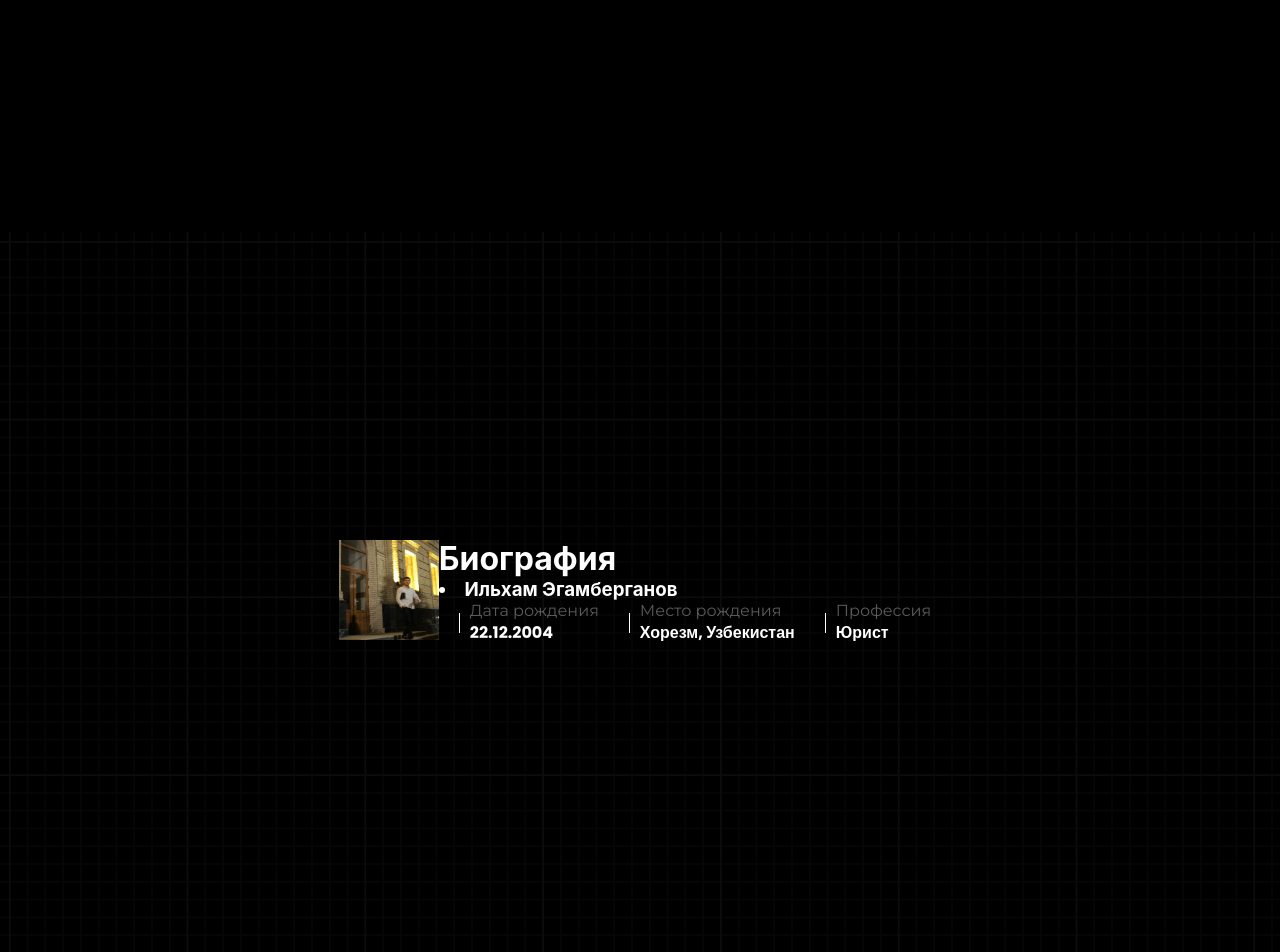
Repository: sardorexe/xishnik
Page: /
These files come from the project's save history. The page is drawn as it stood at one moment and after a run of saves; the edit follows.
The browser window is 1280 px wide. The pictures show the part of the page from y = 488 to 1440 px (the page is 1440 px tall).
Pictures or frames that could not be fetched are drawn as grey boxes. Some icons come from a web library that is not loaded, so they are not drawn. Some web libraries are served in a nearby version. The project was rebuilt for these pictures with package versions that can differ from the ones it lists, and the page was loaded fresh each time. Some packages were replaced by stand-ins written for this rebuild. The framework's server and built-in components were replaced by stand-ins that run in the browser. Also part of the build but not shown: next.config.js.

Above is the page before, as saved 2021-09-27 15:38:14.

### pages/_app.js
import "../styles/globals.css";
import Layout from "../comps/layout";
import Head from "next/head";

function MyApp({ Component, pageProps }) {
  return (
    <>
      <Head>
        <link
          rel="stylesheet"
          href="https://pro.fontawesome.com/releases/v5.10.0/css/all.css"
          integrity="sha384-AYmEC3Yw5cVb3ZcuHtOA93w35dYTsvhLPVnYs9eStHfGJvOvKxVfELGroGkvsg+p"
          crossorigin="anonymous"
        />
      </Head>
      <Layout>
        <Component {...pageProps} />
      </Layout>
    </>
  );
}

export default MyApp;

### pages/_document.js
import Document, { Html, Head, Main, NextScript } from "next/document";

class MyDocument extends Document {
  static async getInitialProps(ctx) {
    const initialProps = await Document.getInitialProps(ctx);
    return { ...initialProps };
  }

  render() {
    return (
      <Html lang="en">
        <Head />
        <body>
          <Main />
          <NextScript />
        </body>
      </Html>
    );
  }
}

export default MyDocument

### pages/index.js
import Head from "next/head";
import Biography from "../comps/Biography";
import Header from "../comps/Header";

export default function Home() {
  return (
    <>
      <Head>
        <title>Xishnik</title>
        <meta name="description" content="Xishnik gang bang" />
        <link rel="preconnect" href="https://fonts.googleapis.com" />
        <link rel="preconnect" href="https://fonts.gstatic.com" crossOrigin />
        <link
          href="https://fonts.googleapis.com/css2?family=Montserrat:wght@100;300;400;700&family=Poppins:wght@300;400;500;700&family=Quicksand:wght@700&display=swap"
          rel="stylesheet"
        />
      </Head>
      <Header />
      <Biography />
    </>
  );
}

### styles/globals.css
::-webkit-scrollbar {
  display: none;
}

html,
body {
  padding: 0;
  margin: 0;
  font-family: -apple-system, BlinkMacSystemFont, Segoe UI, Roboto, Oxygen,
    Ubuntu, Cantarell, Fira Sans, Droid Sans, Helvetica Neue, sans-serif;
  box-sizing: border-box;
}

h1,
h2,
h3,
h4,
h5,
h6,
p {
  margin: 0;
  padding: 0;
}

a {
  color: inherit;
  text-decoration: none;
}

* {
  box-sizing: border-box;
}

### comps/layout.js
import Indicator from "./Indicator";

export default function Layout({ children }) {
  return (
    <>
      <Indicator />
      {children}
    </>
  );
}

### comps/Biography.js
import styles from "../styles/Biography.module.css";
import Image from "next/image";
import AboutBox from "./miniComp/AboutBox";

export default function Biography() {
  return (
    <main className={styles.container}>
      <div className={styles.img}>
        <Image
          alt="xishnik, ilhom, xiwnik, hishnik, hiwnik, litsey, yurist, xorazm, gurlan"
          src="/biography.jpg"
          width={100}
          height={100}
        />
      </div>
      <div className={styles.content}>
        <h1 className={styles.contentTitle}>Биография</h1>
        <h3>
          <li>Ильхaм Эгамберганов</li>
        </h3>
        <div className={styles.about}>
          <AboutBox
            icon="fal fa-calendar"
            title="Дата рождения"
            content="22.12.2004"
          />
          <AboutBox
            icon="fas fa-map-marker-alt"
            title="Место рождения"
            content="Хорезм, Узбекистан"
          />
          <AboutBox
            icon="fas fa-briefcase"
            title="Профессия"
            content="Юрист"
          />
        </div>
      </div>
    </main>
  );
}

### comps/Header.js
import styles from "../styles/Home.module.css";

export default function Header() {
  return (
    <>
      <header className={styles.header}>
        <div className={styles.background}>
          <video
            loop
            muted
            autoPlay
            style={{
              objectFit: "cover",
              height: "100%",
              width: "40%",
              opacity: "0.6",
            }}
            src="/background.mp4"
          ></video>
        </div>
        <div className={styles.content}>
          <div className={styles.textContent}>
            <h1>XISHNIK GANG</h1>
            <li> -- Я получу всё что хочу</li>
          </div>
        </div>
      </header>
    </>
  );
}

### comps/Indicator.js
import { useState, useEffect } from "react";

export default function Indicator() {
  const [width, setWidth] = useState(0);
  const watchScrolling = () => {
    let winScroll =
      document.body.scrollTop || document.documentElement.scrollTop;
    let height =
      document.documentElement.scrollHeight -
      document.documentElement.clientHeight;
    let scrolled = (winScroll / height) * 100;
    setWidth(scrolled);
  };

  useEffect(() => {
    window.onscroll = function () {
      watchScrolling();
    };
  }, [width]);

  return (
    <>
      <div className="indicator"></div>
      <style jsx>{`
        .indicator {
          position: fixed;
          top: 0;
          left: 0;
          width: ${width}%;
          height: 4px;
          background: #fff;
          z-index: 99999999;
        }
      `}</style>
    </>
  );
}

### styles/Biography.module.css
.container {
    height: 100vh;
    background: url(/background.jpg);
    background-size: cover;
    background-repeat: no-repeat;
    display: flex;
    flex-direction: row;
    justify-content: center;
    align-items: center;
    color: #fff;
}

.about {
    display: flex;
    flex-direction: row;
    align-items: center;
    justify-content: space-between;
}

### comps/miniComp/AboutBox.js
export default function AboutBox({ icon, title, content }) {
  return (
    <>
      <div className="aboutBox">
        <div className="icon">
          <i className={icon}></i>
        </div>
        <div className="text">
          <p className="title">{title}</p>
          <p className="content">{content}</p>
        </div>
      </div>
      <style jsx>{`
        .aboutBox {
          display: flex;
          flex-direction: row;
          align-items: center;
          justify-content: center;
          margin-right: 10px;
        }

        .icon {
          display: flex;
          align-items: center;
          justify-content: center;
          margin-right: 10px;
          padding: 10px;
          border-right: 1px solid #fff;
        }

        .title {
          font-family: "Montserrat", sans-serif;
          color: #5a5a5a;
        }

        .content {
          font-family: "Poppins", sans-serif;
          font-weight: bold;
        }

        .icon i {
          color: #fff;
        }
      `}</style>
    </>
  );
}

### styles/Home.module.css
.header {
  background-color: #000;
  height: 100vh;
  display: flex;
  justify-content: center;
  align-items: center;
}

.background {
  width: 80%;
  height: 100vh;
  position: absolute;
  top: 0;
  left: 0;
}

.content {
  margin-left: 80px;
  width: 60%;
  height: 100%;
  z-index: 9999;
  display: flex;
  justify-content: center;
  align-items: center;
  background: rgb(0, 0, 0);
}

.content h1 {
  font-family: 'Racing Sans One', cursive;
  font-size: 46px;
  margin: 0;
  font-weight: 700;
  z-index: 9999;
  color: #fff;
}

.content li {
  color: rgba(255, 255, 255, 0.527);
  font-family: 'Inter', sans-serif;
  font-weight: lighter;
}

After the next 2 saves:
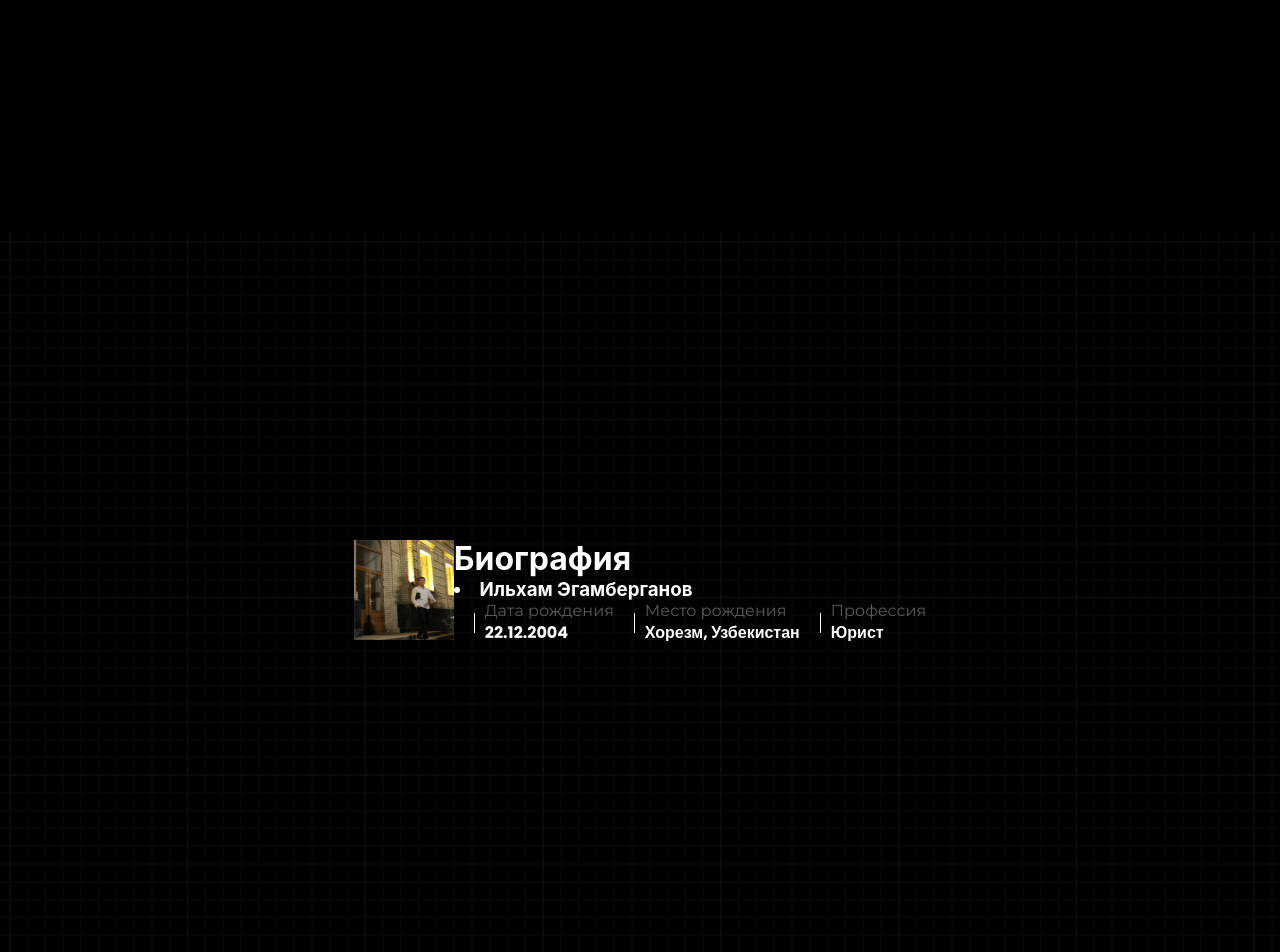
The 2 saves are shown as one change because they came seconds apart.
The last was saved 49 s later.
--- a/comps/miniComp/AboutBox.js
+++ b/comps/miniComp/AboutBox.js
@@ -16,7 +16,7 @@
           flex-direction: row;
           align-items: center;
           justify-content: center;
-          margin-right: 10px;
+          margin: ;
         }
 
         .icon {

After the 3 saves that followed:
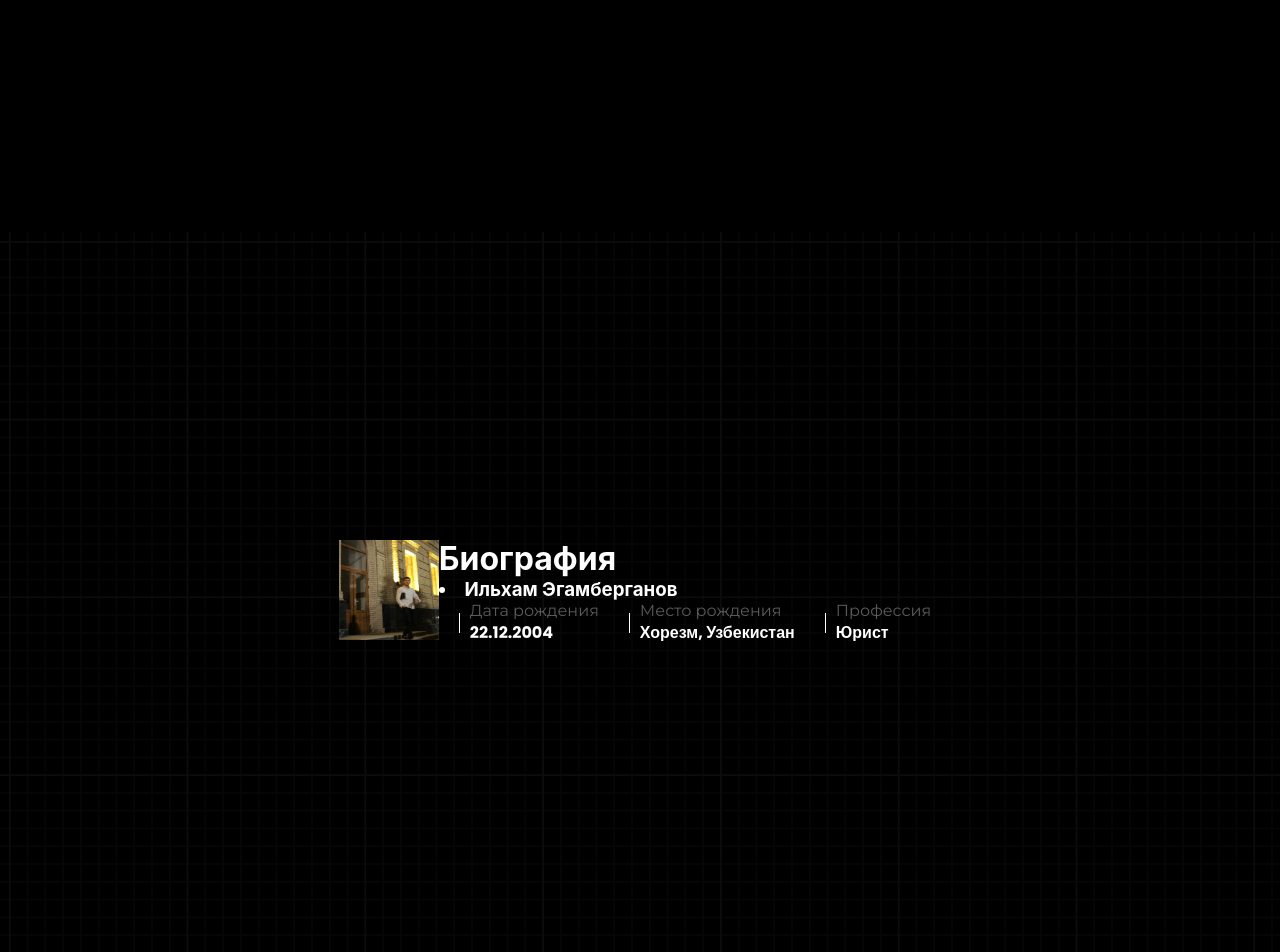
The 3 saves are shown as one change because 1 left the picture as it was and some came seconds apart.
The last was saved 12 s later.
--- a/comps/miniComp/AboutBox.js
+++ b/comps/miniComp/AboutBox.js
@@ -16,7 +16,7 @@
           flex-direction: row;
           align-items: center;
           justify-content: center;
-          margin: ;
+          margin: 0 10px 0 0;
         }
 
         .icon {
